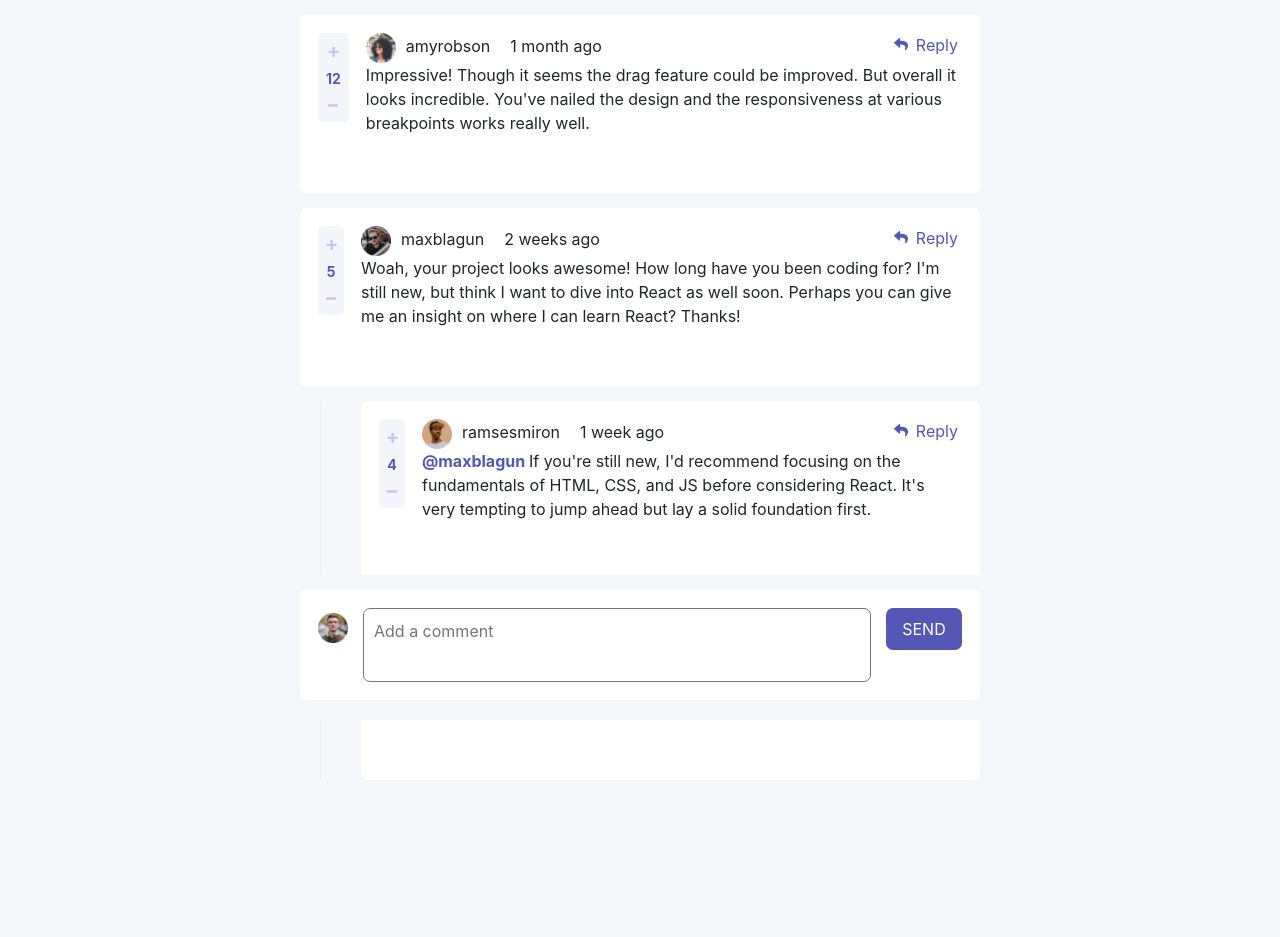
Repository: debaaah/interactive-comments-section-
Page: /
An editor plug-in stored every save of this project. The page is shown before and after the next save, followed by the edit.
The browser window is 1280 px wide. The pictures show the whole page.
The project was rebuilt for these pictures with package versions that can differ from the ones it lists, and the page was loaded fresh each time.

Above is the page before, as saved 2022-04-29 00:43:39.

### public/index.html
<!DOCTYPE html>
<html lang="en">
  <head>
    <meta charset="utf-8" />
    <link rel="icon" href="%PUBLIC_URL%/favicon-32x32.png" />
    <link rel="stylesheet" href="https://cdn.jsdelivr.net/npm/bootstrap@4.6.1/dist/css/bootstrap.min.css" integrity="sha384-zCbKRCUGaJDkqS1kPbPd7TveP5iyJE0EjAuZQTgFLD2ylzuqKfdKlfG/eSrtxUkn" crossorigin="anonymous">
    <meta name="viewport" content="width=device-width, initial-scale=1" />
    <meta name="theme-color" content="#000000" />
    <meta
      name="description"
      content="Web site created using create-react-app"
    />
    <link rel="apple-touch-icon" href="%PUBLIC_URL%/logo192.png" />
    <!--
      manifest.json provides metadata used when your web app is installed on a
      user's mobile device or desktop. See https://developers.google.com/web/fundamentals/web-app-manifest/
    -->
    <link rel="manifest" href="%PUBLIC_URL%/manifest.json" />
    <!--
      Notice the use of %PUBLIC_URL% in the tags above.
      It will be replaced with the URL of the `public` folder during the build.
      Only files inside the `public` folder can be referenced from the HTML.

      Unlike "/favicon.ico" or "favicon.ico", "%PUBLIC_URL%/favicon.ico" will
      work correctly both with client-side routing and a non-root public URL.
      Learn how to configure a non-root public URL by running `npm run build`.
    -->
    <title>Comment Section</title>
  </head>
  <body>
    <noscript>You need to enable JavaScript to run this app.</noscript>
    <div id="root"></div>
    <!--
      This HTML file is a template.
      If you open it directly in the browser, you will see an empty page.

      You can add webfonts, meta tags, or analytics to this file.
      The build step will place the bundled scripts into the <body> tag.

      To begin the development, run `npm start` or `yarn start`.
      To create a production bundle, use `npm run build` or `yarn build`.
    -->
    <script src="https://cdn.jsdelivr.net/npm/jquery@3.5.1/dist/jquery.slim.min.js" integrity="sha384-DfXdz2htPH0lsSSs5nCTpuj/zy4C+OGpamoFVy38MVBnE+IbbVYUew+OrCXaRkfj" crossorigin="anonymous"></script>
    <script src="https://cdn.jsdelivr.net/npm/bootstrap@4.6.1/dist/js/bootstrap.bundle.min.js" integrity="sha384-fQybjgWLrvvRgtW6bFlB7jaZrFsaBXjsOMm/tB9LTS58ONXgqbR9W8oWht/amnpF" crossorigin="anonymous"></script>
  </body>
</html>

### src/App.js
import './App.css';
import Main from './components/main'

function App() {
  return (
    <div>
      <Main/>
    </div>
  );
}

export default App;

### src/components/sass/style.scss
$blue: hsl(238, 40%, 52%);//#5a5da6;
$blueish: hsl(239, 57%, 85%);//#c4c5ec;
$red:  hsl(358, 79%, 66%);//#ED6368;
$reddish: hsl(357, 100%, 86%);//#f4bbc0;
$bg: #f4f6f9;


body{
    background-color: $bg;
}
.main{
    width: 90vw;
    max-width:700px;
    margin: auto auto 157px;
}
.blueBold{
    color: $blue;
    font-weight: bold;
}
.comment-box{
    display: flex;
    background-color: white;
    padding: 18px;
    border-radius: 7px;
    margin: 15px 10px;
    height: max-content;
}
.reply-box{
    margin: 5px 0px 5px 30px;
    padding-left: 30px;
    border-left: 1px solid #ebecef;
}
.score-box{
    background-color: #f4f5fb;
    border-radius: 5px;
    padding: 2px 3px 3px;
    margin-right: 17px;
    div{
        padding: 3px 5px;
        text-align: center;
    }
    .score{
        font-size: 14px;
        color: $blue;
        font-weight: bold;
    }
    .plus, .minus{
        padding-right: 4px;
    }
    .minus{
        padding-top: 0;
    }
}
img{
    width: 30px;
}
[type='submit']{
    background-color: $blue;
    width: 90px;
    height: 42px;
    border: 0;
    border-radius: 7px;
    color: white;
    text-transform: uppercase;
}
.displayed{
    display: flex;
}
.comment .displayed{
    display: block;
}
.notDisplayed{
    display: none;
}
textarea:hover, [type='submit']:hover, .plus:hover, .minus:hover, .edit, .delete{
    cursor: pointer;
}
.plus:hover, .minus:hover{
    path{
        fill: $blue ;
    }
}
.content-box{
    width: 100%;

    .details{
        display: flex;
        justify-content: space-between;

        .commentator {
            .username, .time{
                padding: 0 10px;
            }
            .blue{
                background-color: $blue;
                padding: 1px 5px;
                border-radius: 3px;
                color: white;
            }
        }
        .edit-area {
            display: flex;

            div{
                margin-left: 18px;
            }

            span{
                padding: 4px;
                text-transform: capitalize;
            }
            svg{
                position: relative;
                top: -2px;
            }
            .edit span:nth-child(2), .reply{
                color: $blue
            }
            .delete{
                span:nth-child(2){
                    color: $red
                }
                &:hover{
                    span path{
                        fill: $reddish;
                    }
                    span:nth-child(2){
                        color: $reddish
                    }
                }
            }
            .edit:hover, .reply:hover{
                span path{
                    fill: $blueish;
                }
                span:nth-child(2){
                    color: $blueish
                }
            }
        }
}
}

.currentUser-form-box{
    position: fixed;
    bottom: 0px;
    padding-bottom: 5px;
    width: -webkit-fill-available;
    background-color: $bg;
    width: 90vw;
    max-width:700px;
    margin: auto;
}
.currentUser-form{
    display: flex;
    max-height: 110px;
}
.currentUserReply-form, .currentUser-form{
    background-color: white;
    padding: 18px;
    border-radius: 7px;
    margin: 15px 10px;
    justify-content: space-between;
    div{
        height: 0px;
    }
    span{
        position: relative;
        top: 5px;
    }
}

textarea{
    resize: none;
    padding: 10px;
    border-radius: 7px;
    width: -webkit-fill-available;

    &, input{
        margin: 0 15px;
    }
}

.comment{
    margin-top: 8px;
    overflow-wrap: anywhere;
    form{
        input{
            float: right;
        }

        textarea{
            margin-right: 0;
        }
    }
}

.modal{
    padding-right: 0 !important;

    .modal-content{
        padding: 10px;
    }
    .modal-dialog{
        min-width: 290px;
        top: 50%;
        left: 50%;
        -webkit-transform: translate(-50%, -50%) !important;
        transform: translate(-50%, -50%) !important;
        position: fixed;
    }

    .modal-footer{
        border-top: 0;
        justify-content: space-around;

        .btn{
            width: 150px;
            text-transform: uppercase;
            border-radius: 5px;
            height: auto;
        }
        [type='button']{
            background-color: $blue;
        }
        [type='submit']{
            background-color: $red;
        }
        .btn:hover, .btn{
            color: white;
        }
    }
}
@media screen and (max-width: 768px) {
    .main {
        margin-bottom: 191px;
    }
    .reply-box{
        margin: 0 0 0 10px;
        padding-left: 0px;
    }
    .score-box{
        width: max-content;
        margin-right: 0px;
        display: flex;

        div{
            padding: 5px 10px;
        }
        .plus{
            padding-top: 2px;
        }
        .minus{
            padding-top: 3px;
        }


    }
    .comment-box{
        position: relative;

    }
    .score-box-box{
        position: absolute;
        bottom: 10px;
    }
    .edit-area{
        position: absolute;
        right: 18px;
        bottom: 15px;
    }
    .displayed, .currentUser-form{
        display: block;
    }
    .currentUser-form{
         max-height: 150px;
    }
    .currentUserReply-form, .currentUser-form{
        position: relative;
        div{
            height: 43px;
        }
        span{
            position: static;
        }
        img{
            position: absolute;
            bottom: 15px;
        }
        textarea{
            margin: 0;
            height: 70px;
        }
        input{
            position: absolute;
            bottom: 10px;
            right: 18px;
        }
}
    .modal{
        .modal-footer{
            .btn{
                font-size: 15px;
                width: auto;
            }
        }
    }
}

Loaded but not shown: src/index.js (common file); src/index.css (common file); src/reportWebVitals.js (common file); src/App.css (common file); src/components/data.json (common file); src/components/main.js (527 lines, source omitted)

After the next save:
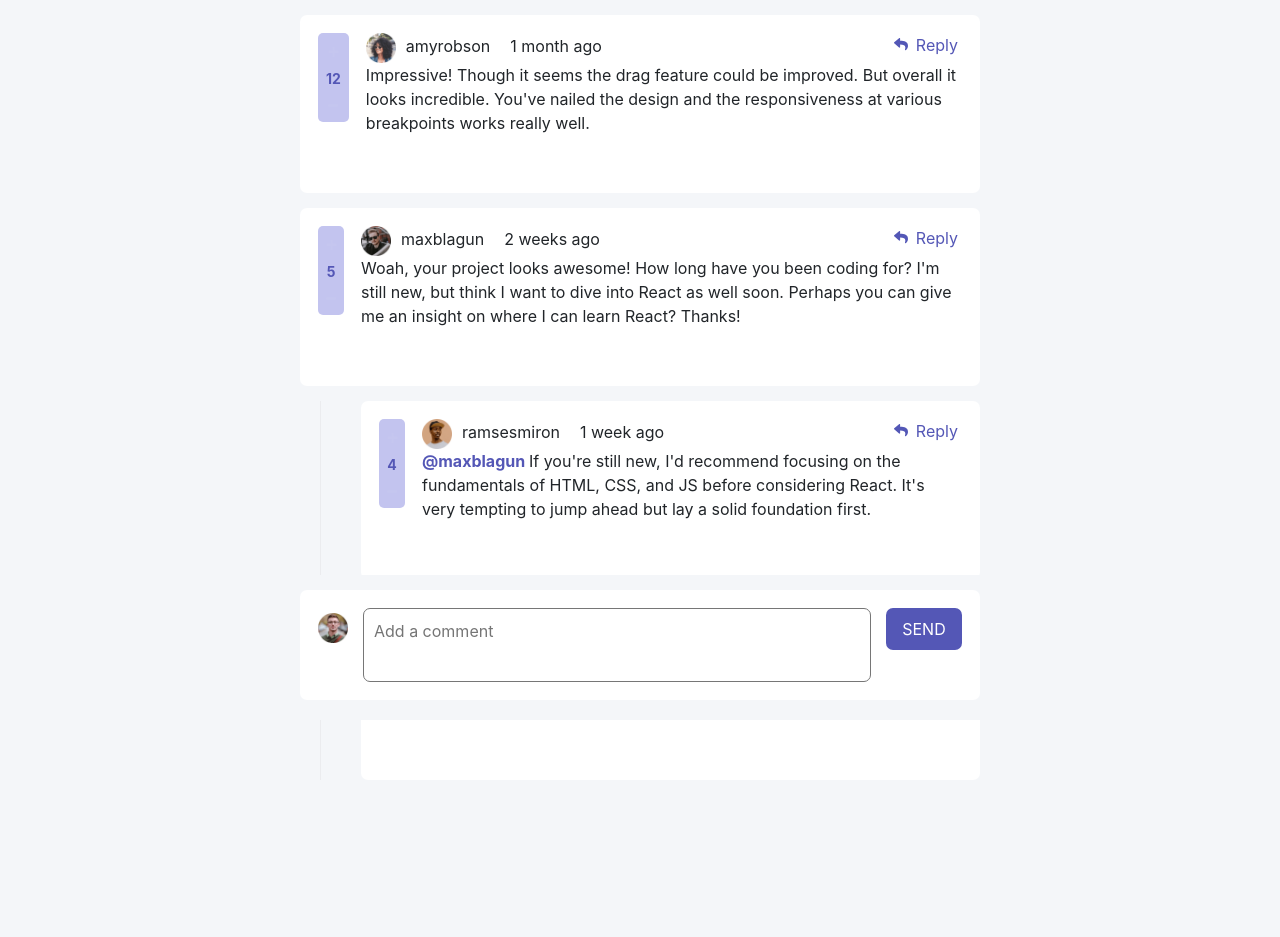
Saved 84 s later.
--- a/src/components/sass/style.scss
+++ b/src/components/sass/style.scss
@@ -31,7 +31,7 @@
     border-left: 1px solid #ebecef;
 }
 .score-box{
-    background-color: #f4f5fb;
+    background-color: $blueish;
     border-radius: 5px;
     padding: 2px 3px 3px;
     margin-right: 17px;

After the save that followed:
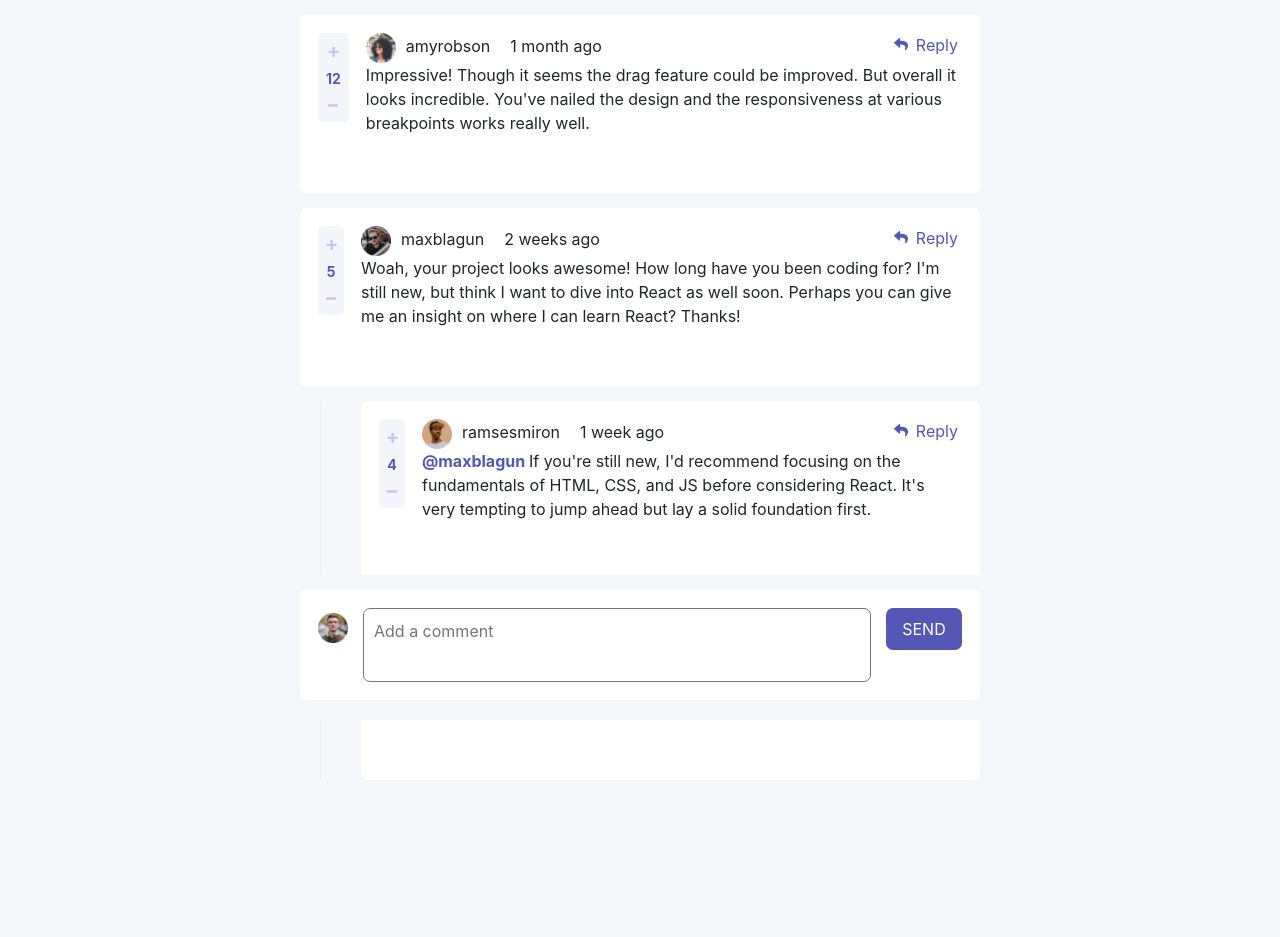
Saved 2 min 14 s later.
--- a/src/components/sass/style.scss
+++ b/src/components/sass/style.scss
@@ -31,7 +31,7 @@
     border-left: 1px solid #ebecef;
 }
 .score-box{
-    background-color: $blueish;
+    background-color: #f4f5fb;
     border-radius: 5px;
     padding: 2px 3px 3px;
     margin-right: 17px;
